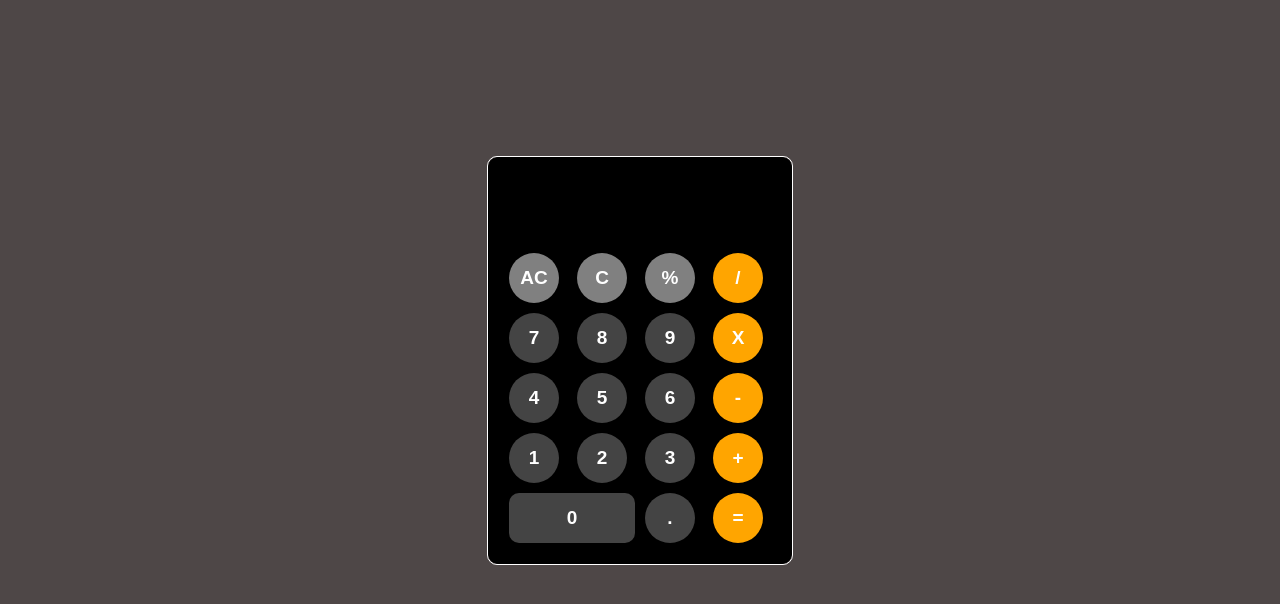
Repository: dmpelaez/calculator
Page: Calculator.html
The author's editor kept a copy of each file at every save. The page is drawn from the files as they stood at one save, then again after the next save.
The browser window is 1280 px wide. The pictures show the whole page.

Above is the page before, as saved 2025-12-16 00:31:48.

### Calculator.html
<!DOCTYPE html>

  <html>
    <head>

      <title>Calculator</title>

      <!--CSS-->
      <link rel="stylesheet" href="Calculator.css">

    </head>
    <body>
      <!--Container-->
      <main class="container">

        <!--Sections-->
        <section class="Section">

          <!--Input section-->
          <input class="inputSection" name="display" value="" disabled>

          <!--Btns section-->
          <div class="btnSection">
            <button class="btn cancel">AC</button>
            <button class="btn signs">C</button>
            <button class="btn rmnder" onclick="appendNumber('%')">%</button>
            <button class="btn divide" onclick="appendNumber(' / ')">/</button>
            <button class="btn seven" onclick="appendNumber('7')">7</button>
            <button class="btn eight" onclick="appendNumber('8')">8</button>
            <button class="btn nine" onclick="appendNumber('9')">9</button>
            <button class="btn times" onclick="appendNumber(' * ')">X</button>
            <button class="btn four" onclick="appendNumber('4')">4</button>
            <button class="btn five" onclick="appendNumber('5')">5</button>
            <button class="btn six" onclick="appendNumber('6')">6</button>
            <button class="btn minus"  onclick="appendNumber(' - ')">-</button>
            <button class="btn one" onclick="appendNumber('1')">1</button>
            <button class="btn two" onclick="appendNumber('2')">2</button>
            <button class="btn three" onclick="appendNumber('3')">3</button>
            <button class="btn plus"  onclick="appendNumber(' + ')">+</button>
            <button class="btn zero" onclick="appendNumber('0')">0</button>
            <button class="btn dot" onclick="appendNumber('.')" >.</button>
            <button class="btn equal" onclick="equal()"">=</button>
          </div>
        </section>


      </main>

      <script src="Calculator.js"></script>
    </body>

  </html>

### Calculator.css
body {
  margin: 0;
  padding: 0;
  box-sizing: border-box;
  display: flex;
  align-items: center;
  justify-content: center;
  height: 100vh;
  background: rgb(78, 71, 71);
}

.container {
  border: 1px solid white;
  border-radius: 10px;
  overflow: hidden;
}

.Section {
display: flex;
flex-direction: column;
border: 1px solid black;
border-radius: 10px;
gap: 20px;
background: black;
}
.inputSection {
  color: white;
  padding: 20px;
  padding-bottom: 0px;
  display: flex;
  justify-content: end;
  height: 50px;
  align-items: center;
  font-size: 19px;
  font-weight: bold;
  background: transparent;
  border: none;

}
.btnSection {
  display: grid;
  grid-template-columns: 1fr 1fr 1fr 1fr;
  padding: 20px;
  gap: 10px;
  padding-top: 5px;
}
.btn {
  border: none;
  height: 50px;
  width: 50px;
  border-radius: 50%;
  font-weight: bold;
  Font-size: 19px;
  cursor: pointer;
  color: white;
  background: rgb(68, 68, 68);
}
.btn:hover {
  opacity: 0.8;
}
.btn:active {
  opacity: 1;
}

.equal {
  grid-column: 4
}
.dot {
  grid-column: 3
}
.zero {
  grid-row: 5;
  grid-column: 1 / 2 span;
  background: white;
  width: auto;
  border-radius: 10px;
  background: rgb(68, 68, 68);
}
.cancel,
.signs,
.rmnder {
  background: gray;
}
.divide,
.times,
.minus,
.plus,
.equal {
  background: orange;
}

### Calculator.js

let answer = '';


function appendNumber(num) {
  answer += num;

  document.querySelector('.inputSection')
  .value = answer;
};


document.querySelector('.cancel')
.addEventListener('click', () => {
    answer = '';
    document.querySelector('.inputSection')
    .value = answer;
})

document.querySelector('.signs')
.addEventListener('click', () => {
  const value = document.querySelector('.inputSection').value.slice(0, -1);
  document.querySelector('.inputSection').value = value;
  answer = value;

});


function equal() {
  document.querySelector('.equal')
  .addEventListener('click', () => {
    try {
      answer = eval(answer);
      document.querySelector('.inputSection').value = answer;
    } catch {
      document.querySelector('.inputSection').value = "Error";
    }
  })
}

After the next save:
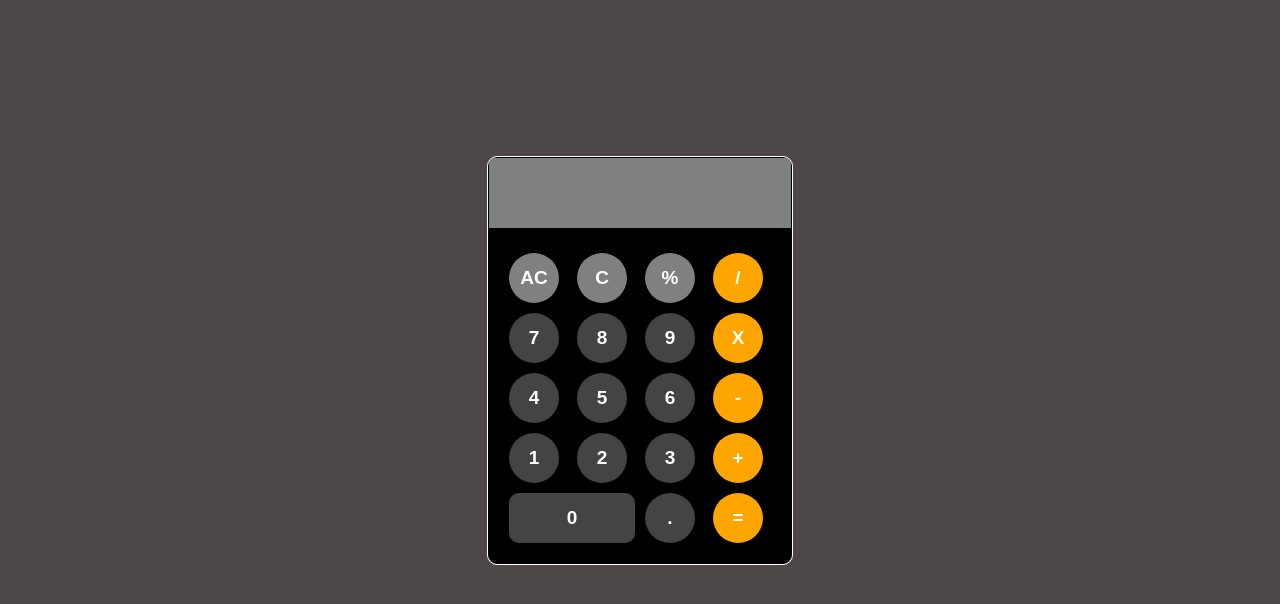
Saved 42 s later.
--- a/Calculator.css
+++ b/Calculator.css
@@ -33,7 +33,7 @@ background: black;
   align-items: center;
   font-size: 19px;
   font-weight: bold;
-  background: transparent;
+  background: gray;
   border: none;
 
 }
